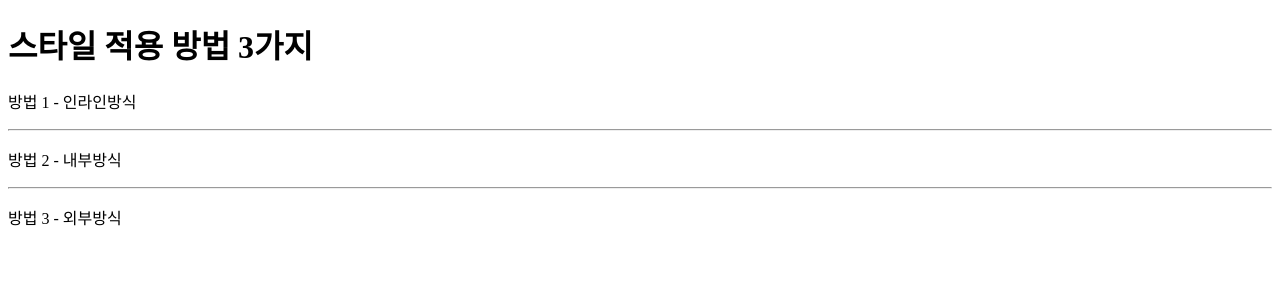
Repository: hsaar/jsworkplace
Page: http://localhost/testjsp/html/test04.jsp
The author's editor kept a copy of each file at every save. The page is drawn from the files as they stood at one save, then again after the next save.
The browser window is 1280 px wide. The pictures show the whole page.
The page is served by Tomcat 9.

Above is the page before, as saved 2025-08-20 03:39:47.

After the next save:
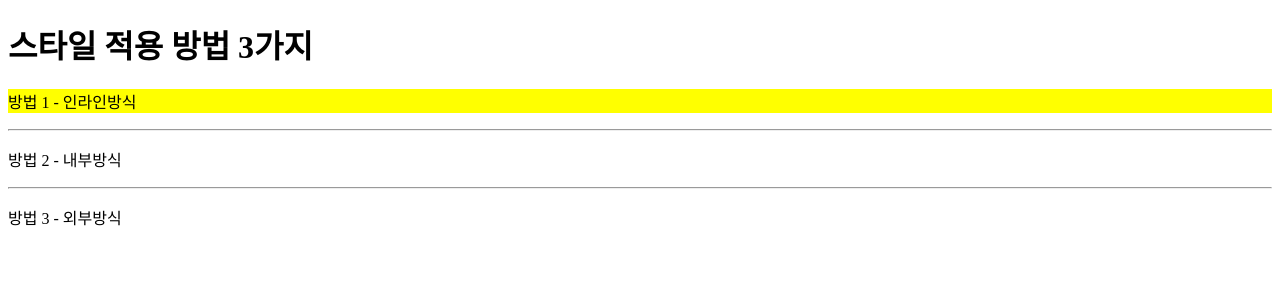
Saved 65 s later.
--- a/testjsp/src/main/webapp/html/test04.jsp
+++ b/testjsp/src/main/webapp/html/test04.jsp
@@ -8,7 +8,7 @@
 </head>
 <body>
 	<h1>스타일 적용 방법 3가지</h1>
-	<p>방법 1 - 인라인방식</p>
+	<p style = "background:yellow">방법 1 - 인라인방식</p>
 
 	<hr><p>방법 2 - 내부방식</p>
 
